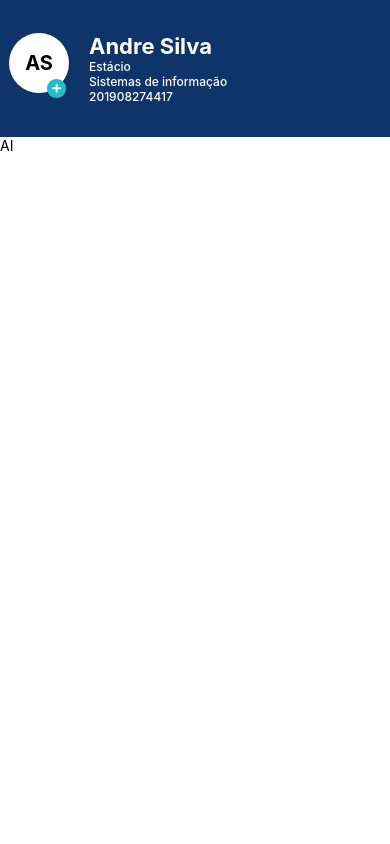
Repository: andre06x/native-estacio
Screen: /
The author's editor kept a copy of each file at every save. The screen is drawn from the files as they stood at one save, then again after the next save.
The app was drawn by React Native's web renderer in a window 390 px wide. The project was rebuilt for these pictures with package versions that can differ from the ones it lists, and the page was loaded fresh each time. Also part of the build but not shown: src/Pages/Login/index.tsx.

Above is the screen before, as saved 2022-03-24 14:05:07.

After the next save:
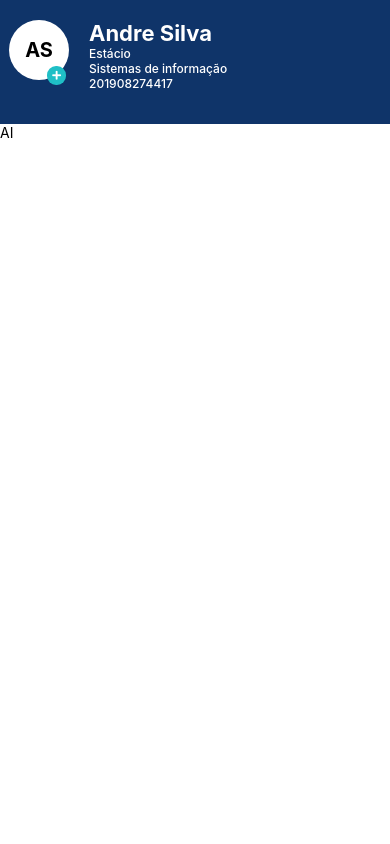
Saved 46 s later.
--- a/src/Pages/Home/index.tsx
+++ b/src/Pages/Home/index.tsx
@@ -45,7 +45,8 @@
   profile: {
     backgroundColor: "#0F3469",
     flexDirection: "row",
-    paddingVertical: 33,
+    paddingBottom: 33,
+    paddingTop: 20,
     paddingHorizontal: 9
   },
   profile_text_image: {
